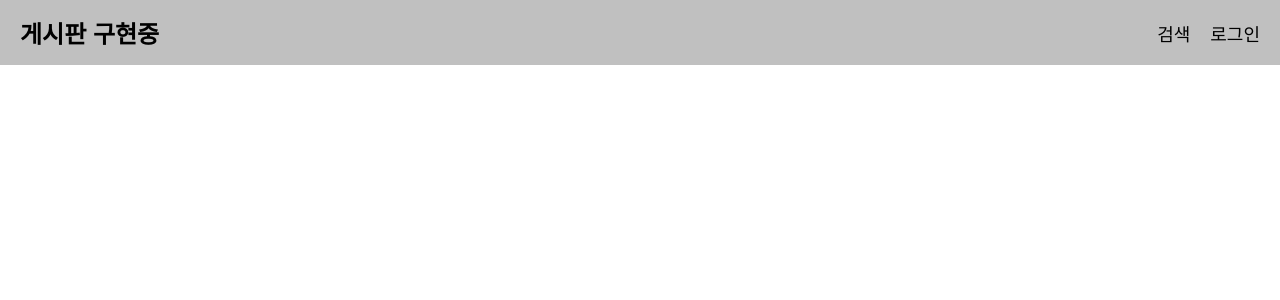
Repository: hyeon-jin-park/study
Page: work/internet_programing/Test_final/public/home.html
The author's editor kept a copy of each file at every save. The page is drawn from the files as they stood at one save, then again after the next save.
The browser window is 1280 px wide. The pictures show the whole page.

Above is the page before, as saved 2025-03-12 10:26:35.

### work/internet_programing/Test_final/public/home.html
<!DOCTYPE html>
<html lang="ko">
<head>
    <meta charset="UTF-8">
    <title>home.html</title>
    <style>
        * { margin: 0; padding: 0; box-sizing: border-box; }
        body { font-family: Arial, sans-serif; }

        .header {
            background-color: silver;
            color: black;
            padding: 15px 20px;
            display: flex;
            justify-content: space-between;
            align-items: center;
        }

        .header_name {
            font-size: 24px;
            font-weight: bold;
        }

        .nav {
            list-style: none;
            display: flex;
        }

        .nav li {
            margin-left: 20px;
        }

        .nav a {
            color: black;
            text-decoration: none;
            font-size: 18px;
        }

        .nav a:hover {
            text-decoration: underline;
        }
    </style>
</head>
<body>

    <div class="header">
        <div class="header_name">게시판 구현중</div>
        <ul class="nav">
            <li><a href="#">검색</a></li>
            <li><a href="#">로그인</a></li>
        </ul>
    </div>

</body>
</html>

After the next save:
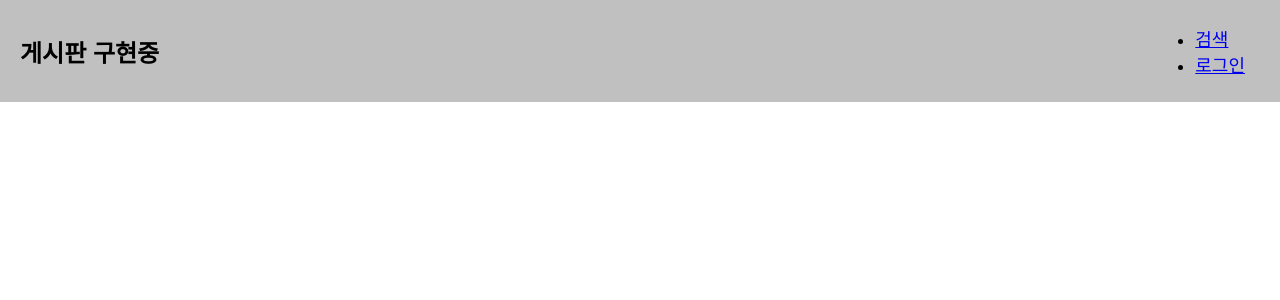
Saved 8 min 1 s later.
--- a/work/internet_programing/Test_final/public/home.html
+++ b/work/internet_programing/Test_final/public/home.html
@@ -19,6 +19,13 @@
         .header_name {
             font-size: 24px;
             font-weight: bold;
+        }
+        .login_box {
+        	display: inline-block;
+        	color: black;
+        	text-decoration: none;
+        	font-size: 18px;
+        	padding: 10px 15px;
         }
 
         .nav {
@@ -45,7 +52,7 @@
 
     <div class="header">
         <div class="header_name">게시판 구현중</div>
-        <ul class="nav">
+        <ul class="login_box">
             <li><a href="#">검색</a></li>
             <li><a href="#">로그인</a></li>
         </ul>

After the save that followed:
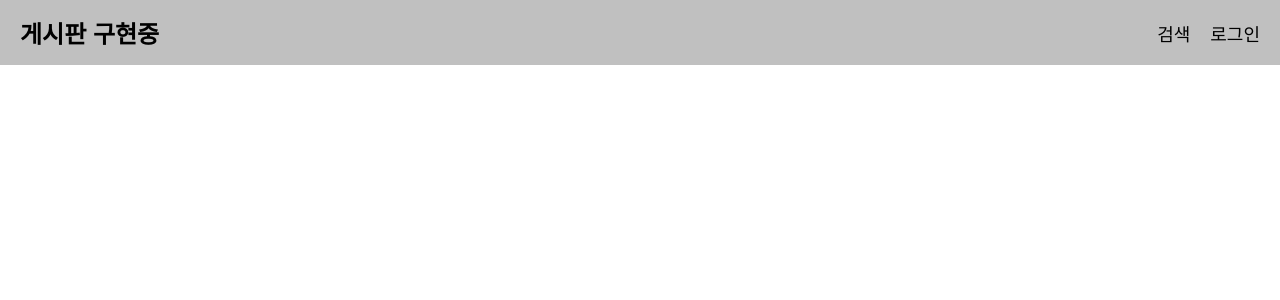
Saved 5 min 12 s later.
--- a/work/internet_programing/Test_final/public/home.html
+++ b/work/internet_programing/Test_final/public/home.html
@@ -20,30 +20,23 @@
             font-size: 24px;
             font-weight: bold;
         }
+
         .login_box {
-        	display: inline-block;
-        	color: black;
-        	text-decoration: none;
-        	font-size: 18px;
-        	padding: 10px 15px;
-        }
-
-        .nav {
             list-style: none;
             display: flex;
         }
 
-        .nav li {
+        .login_box li {
             margin-left: 20px;
         }
 
-        .nav a {
+        .login_box a {
             color: black;
             text-decoration: none;
             font-size: 18px;
         }
 
-        .nav a:hover {
+        .login_box a:hover {
             text-decoration: underline;
         }
     </style>
